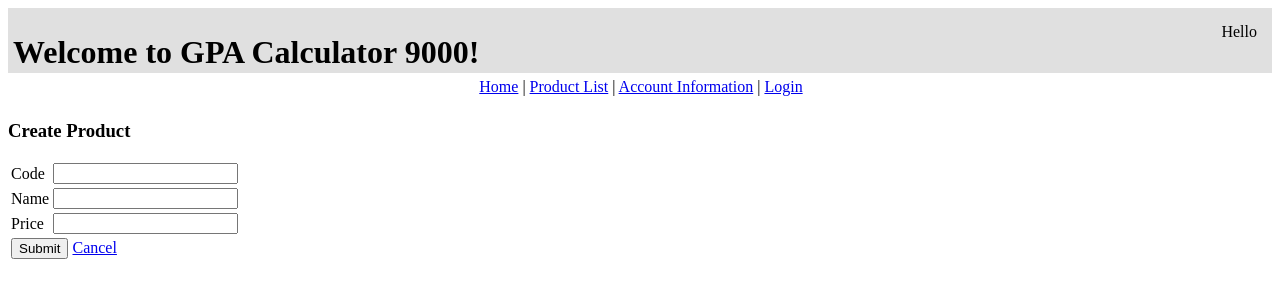
Repository: cheeseburger-engineering/gpaCalculator
Page: http://localhost/GPACalculator/WEB-INF/views/addClassView.jsp
These files come from the project's save history. The page is drawn as it stood at one moment and after the next save; the edit follows.
The browser window is 1280 px wide. The pictures show the whole page.
The page is served by Tomcat 9. Nobody is signed in. The template is opened directly, without the code that normally fills it, so the values that code supplies are empty.

Above is the page before, as saved 2019-06-02 22:24:07.

After the next save:
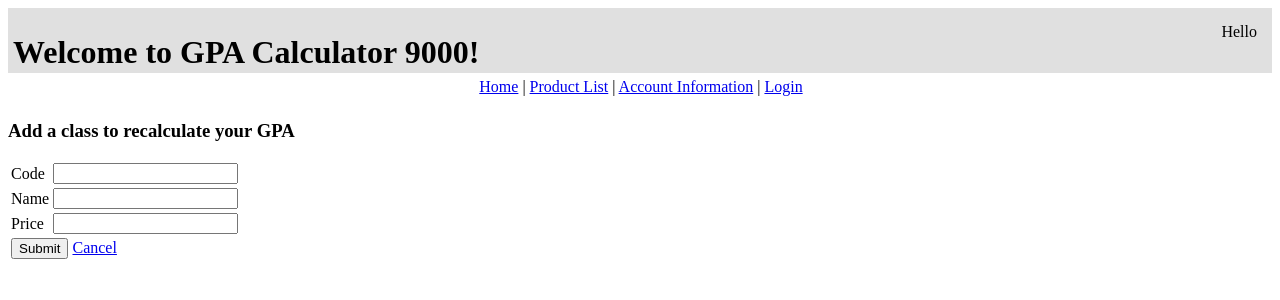
Saved 11 s later.
--- a/GPACalculator/WebContent/WEB-INF/views/addClassView.jsp
+++ b/GPACalculator/WebContent/WEB-INF/views/addClassView.jsp
@@ -6,7 +6,7 @@
 
 <head>
 	<meta charset="UTF-8">
-	<title>Create Product</title>
+	<title>Add Class</title>
 </head>
 
 <body>
@@ -14,7 +14,7 @@
 	<jsp:include page="_header.jsp"></jsp:include>
 	<jsp:include page="_menu.jsp"></jsp:include>
 
-	<h3>Create Product</h3>
+	<h3>Add a class to recalculate your GPA</h3>
 
 	<p style="color: red;">${errorString}</p>
 	<form method="POST" action="${pageContext.request.contextPath}/createProduct">
